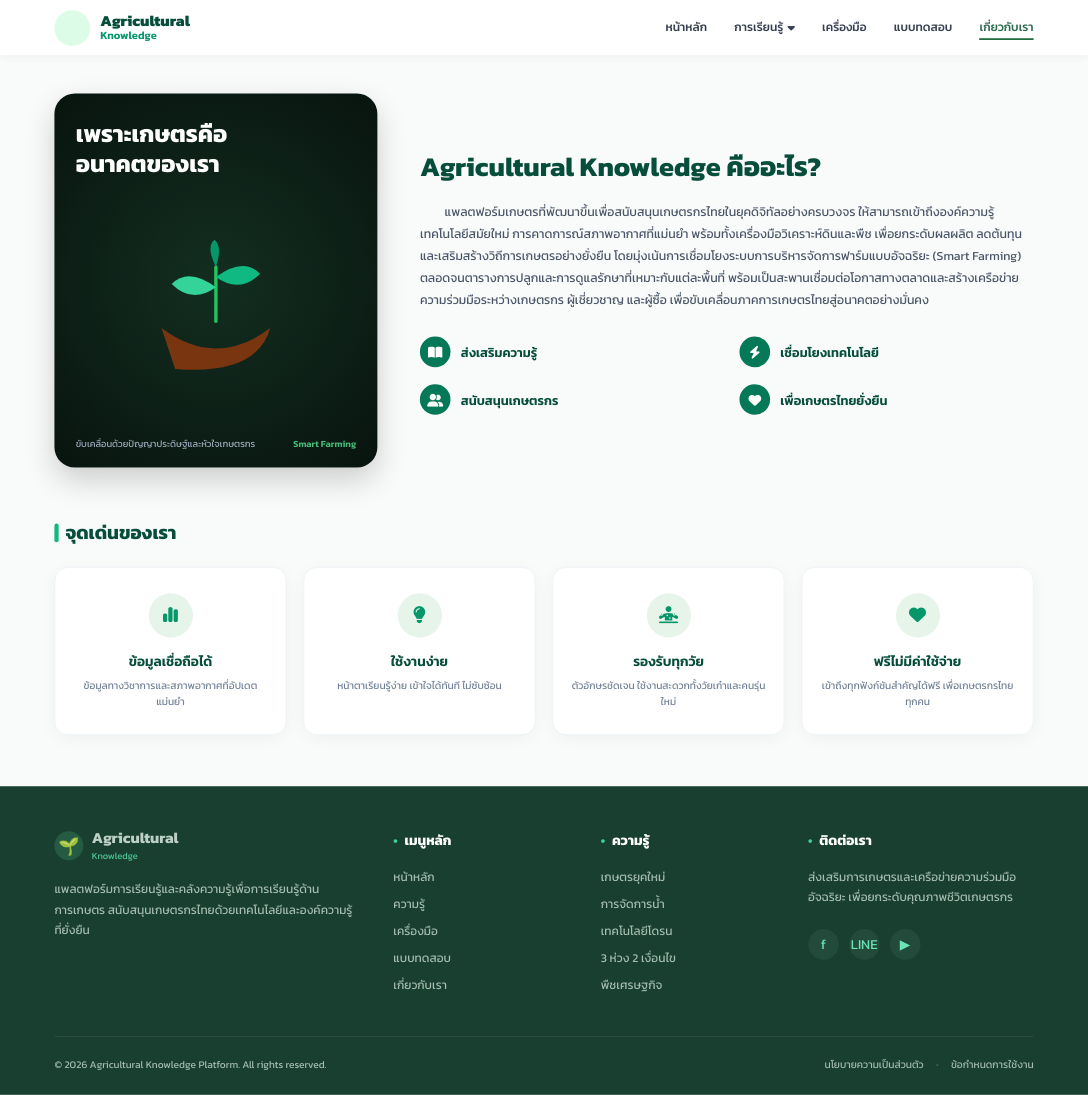
Repository: nuwat-wa/Project-WebdesignAG
Page: ag2.html
The author's editor kept a copy of each file at every save. The page is drawn from the files as they stood at one save, then again after a run of saves.
The browser window is 1280 px wide. The pictures show the whole page, at 85% of full size.

Above is the page before, as saved 2026-10-01 14:49:55.

After the next 3 saves:
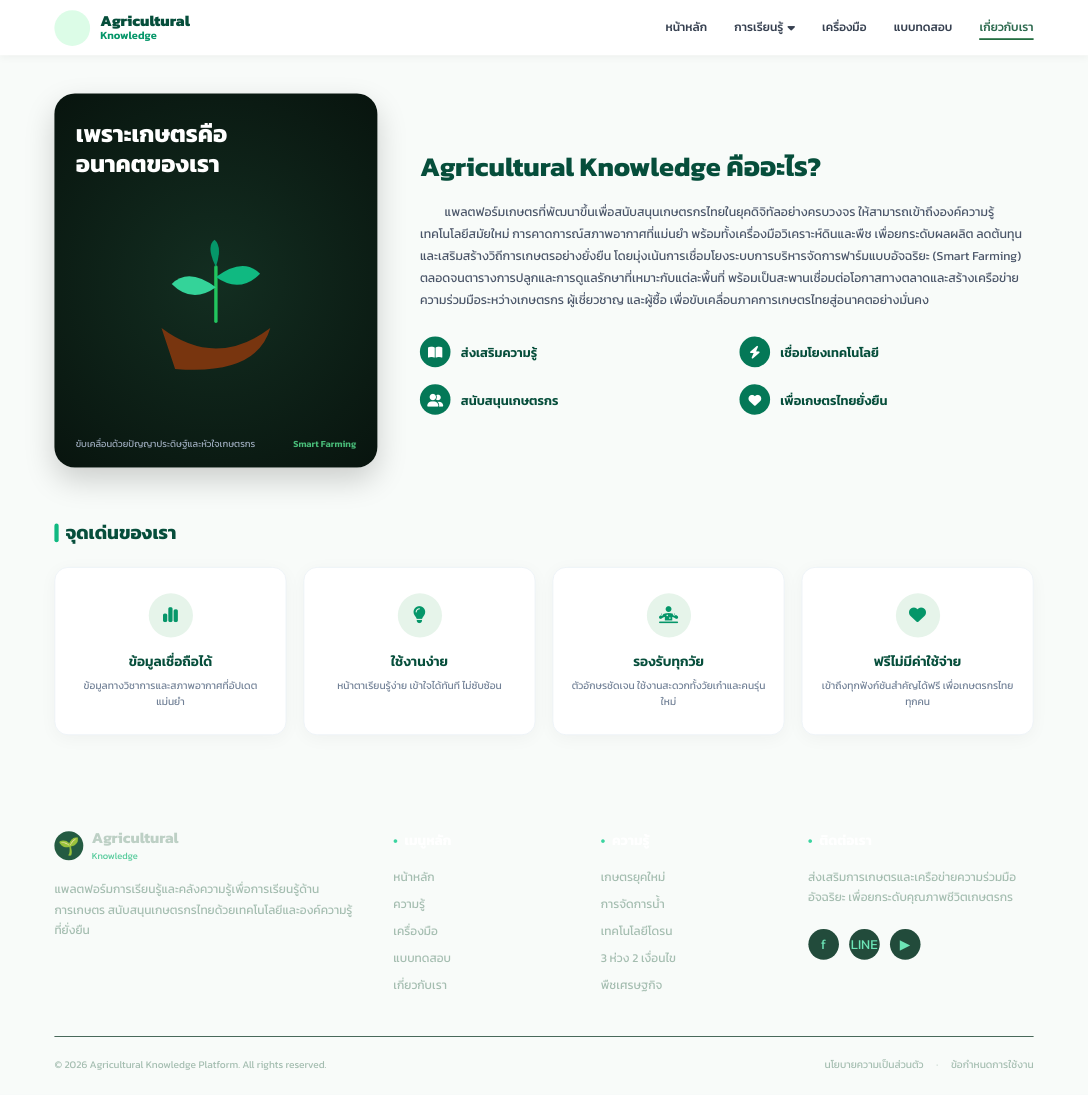
The 3 saves are shown as one change because they came seconds apart.
The last was saved 50 s later.
--- a/style/ag2.css
+++ b/style/ag2.css
@@ -386,7 +386,7 @@
 .site-footer {
   width: 100%;
   padding: 50px 5% 25px;
-  background: #193f31;
+  background: ;
   color: #a4bdb0;
   font-size: 14px;
   line-height: 1.7;

After the save that followed:
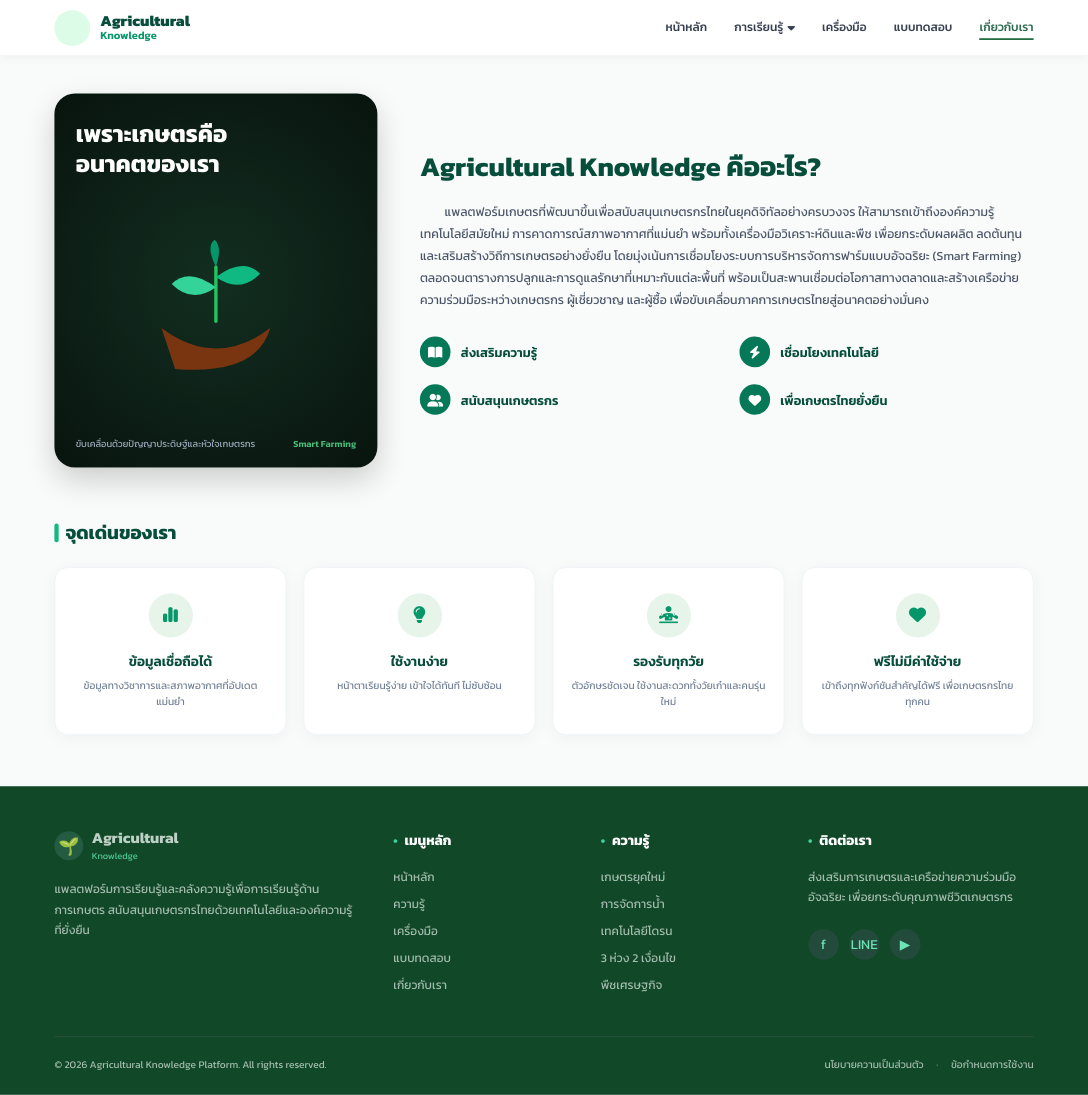
Saved 8 s later.
--- a/style/ag2.css
+++ b/style/ag2.css
@@ -386,7 +386,7 @@
 .site-footer {
   width: 100%;
   padding: 50px 5% 25px;
-  background: ;
+  background: #114827;
   color: #a4bdb0;
   font-size: 14px;
   line-height: 1.7;
